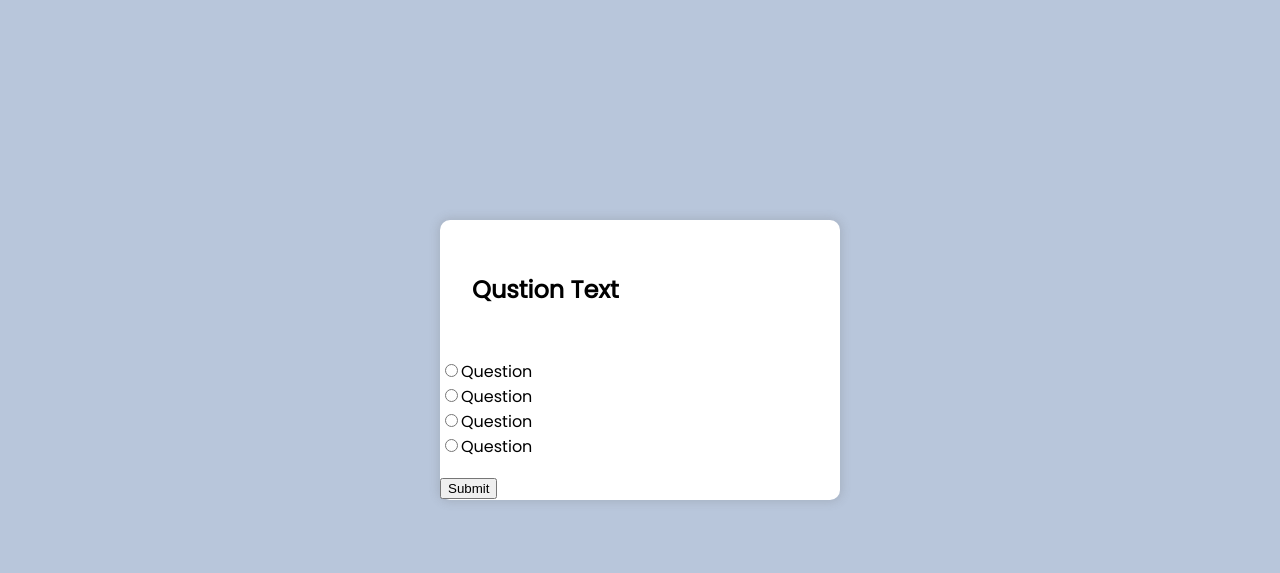
Repository: Abhi2359/Intermediate-projects
Page: Quiz App/index.html
These files come from the project's save history. The page is drawn as it stood at one moment and after the next save; the edit follows.
The browser window is 1280 px wide. The pictures show the whole page.

Above is the page before, as saved 2023-01-31 14:05:48.

After the next save:
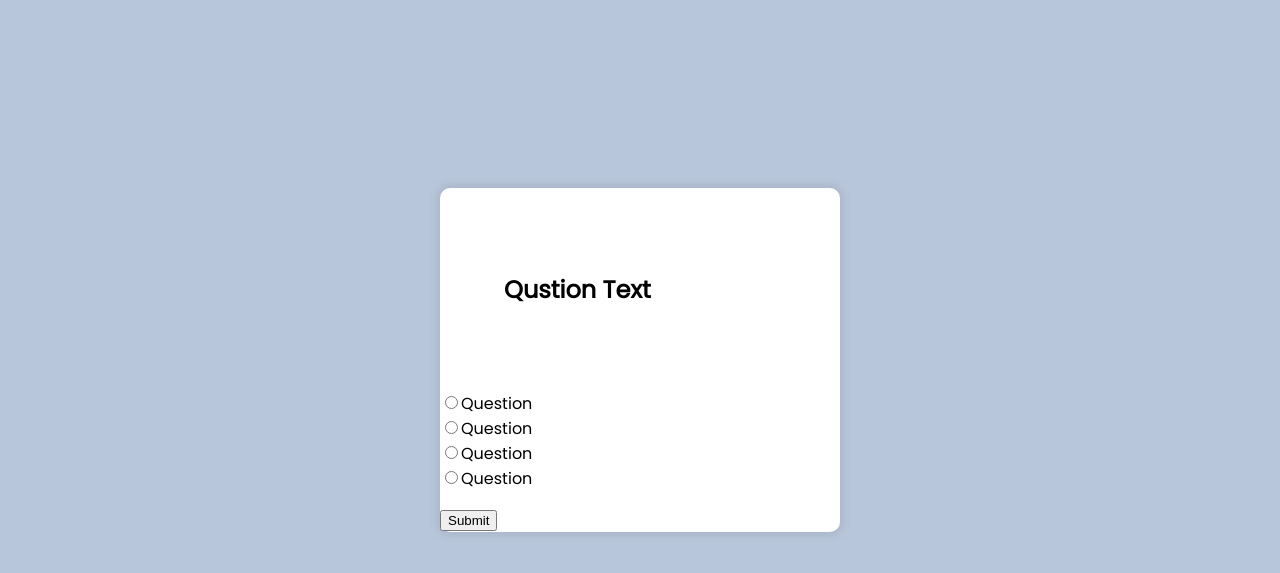
Saved 32 s later.
--- a/Quiz App/style.css
+++ b/Quiz App/style.css
@@ -25,7 +25,7 @@ body {
 
 }
  .quiz-header{
-   padding: 2rem;
+   padding: 4rem;
  }
 
  ul{
